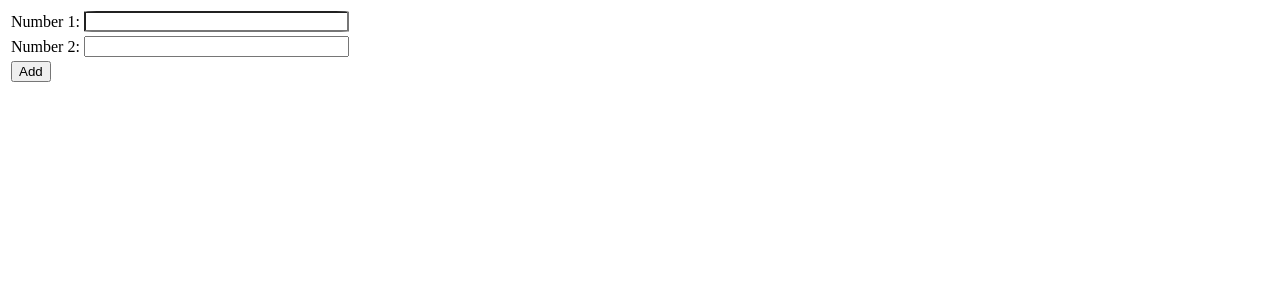
Repository: davidm15/FirstServlet
Page: http://localhost/Calculator/
An editor plug-in stored every save of this project. The page is shown before and after the next save, followed by the edit.
The browser window is 1280 px wide. The pictures show the whole page.
The page is served by Tomcat 9.

Above is the page before, as saved 2017-03-17 12:39:23.

After the next save:
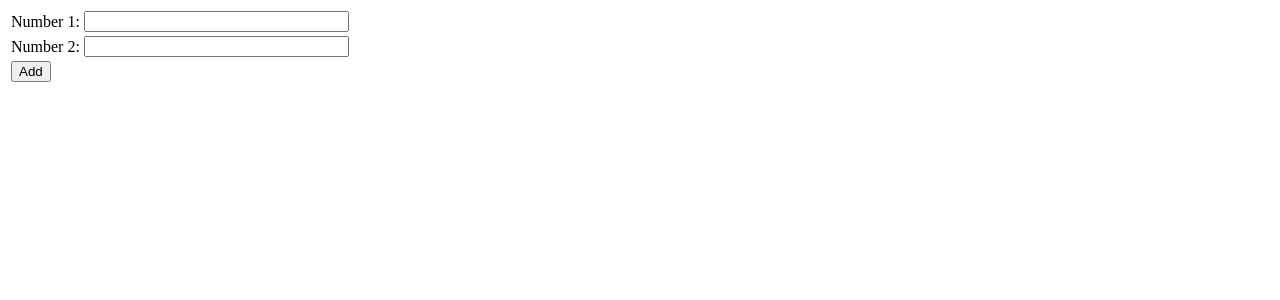
Saved 12 s later.
--- a/Calculator/WebContent/index.jsp
+++ b/Calculator/WebContent/index.jsp
@@ -14,7 +14,7 @@
 	<tr>
 		<td>Number 1:
 		</td>
-		<td><input type="text" name="num1" size="30" style="border-radius: 5%;">
+		<td><input type="text" name="num1" size="30" style="border-left-radius: 5%;">
 		</td>
 	</tr>
 	<tr>

After the save that followed:
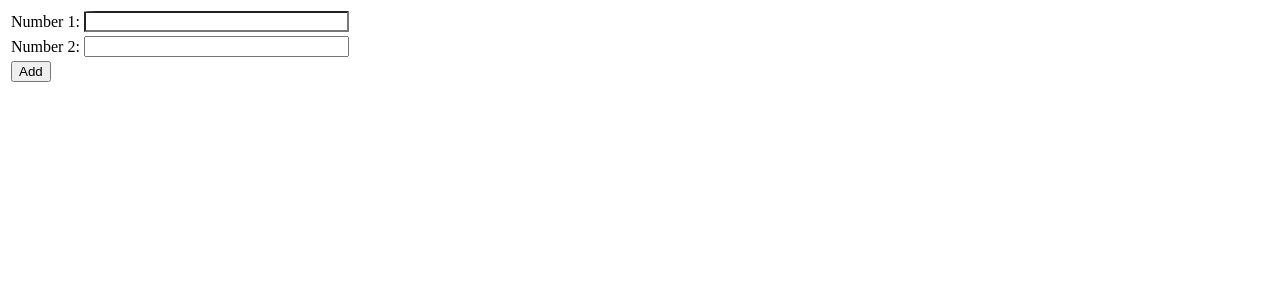
Saved 30 s later.
--- a/Calculator/WebContent/index.jsp
+++ b/Calculator/WebContent/index.jsp
@@ -14,7 +14,7 @@
 	<tr>
 		<td>Number 1:
 		</td>
-		<td><input type="text" name="num1" size="30" style="border-left-radius: 5%;">
+		<td><input type="text" name="num1" size="30" style="border-top-left-radius: 5%;">
 		</td>
 	</tr>
 	<tr>
